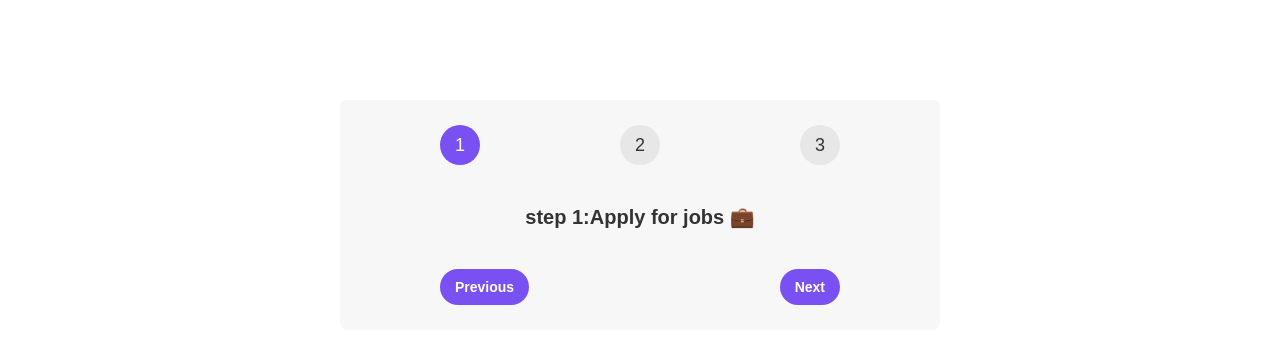
Repository: masamichan/steps
Page: /
An editor plug-in stored every save of this project. The page is shown before and after the next save, followed by the edit.
The browser window is 1280 px wide. The pictures show the whole page.
The project was rebuilt for these pictures with package versions that can differ from the ones it lists, and the page was loaded fresh each time.

Above is the page before, as saved 2023-12-31 09:18:31.

### src/App.js
import { useState } from "react";

const messages = [
  "Learn React ⚛️",
  "Apply for jobs 💼",
  "Invest your new income 🤑",
];

export default function App() {
  const [step, setStep] = useState(1);

  function handlePrevious() {
    alert("Previous");
  }

  function handleNext() {
    setStep(step + 1);
  }

  return (
    <div className="steps">
      <div className="numbers">
        <div className={`${step >= 1 ? "active" : ""}`}>1</div>
        <div className={`${step >= 2 ? "active" : ""}`}>2</div>
        <div className={`${step >= 3 ? "active" : ""}`}>3</div>
      </div>
      <p className="message">
        step {step}:{messages[step]}
      </p>
      <div className="buttons">
        <button
          style={{ backgroundColor: "#7950f2", color: "#fff" }}
          onClick={handlePrevious}
        >
          Previous
        </button>
        <button
          style={{ backgroundColor: "#7950f2", color: "#fff" }}
          onClick={handleNext}
        >
          Next
        </button>
      </div>
    </div>
  );
}

Loaded but not shown: public/index.html (common file); src/index.js (common file); src/index.css (common file)

After the next save:
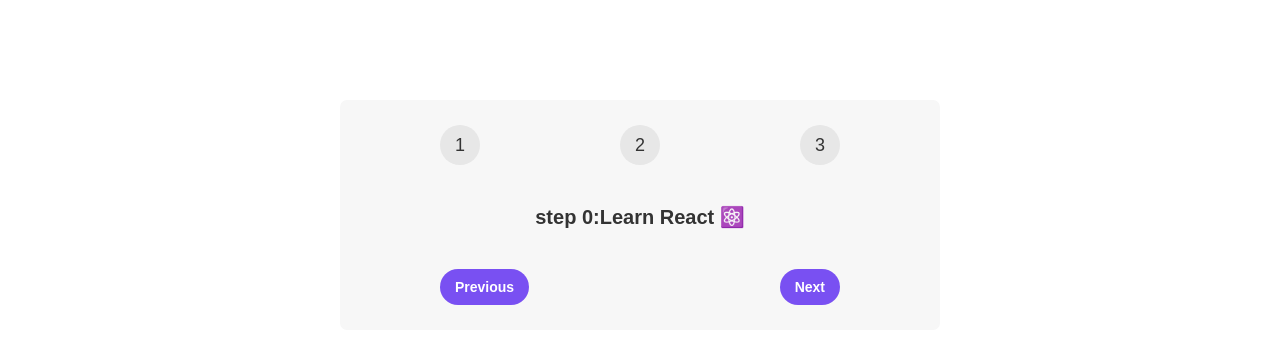
Saved 20 s later.
--- a/src/App.js
+++ b/src/App.js
@@ -7,7 +7,7 @@ const messages = [
 ];
 
 export default function App() {
-  const [step, setStep] = useState(1);
+  const [step, setStep] = useState(0);
 
   function handlePrevious() {
     alert("Previous");
